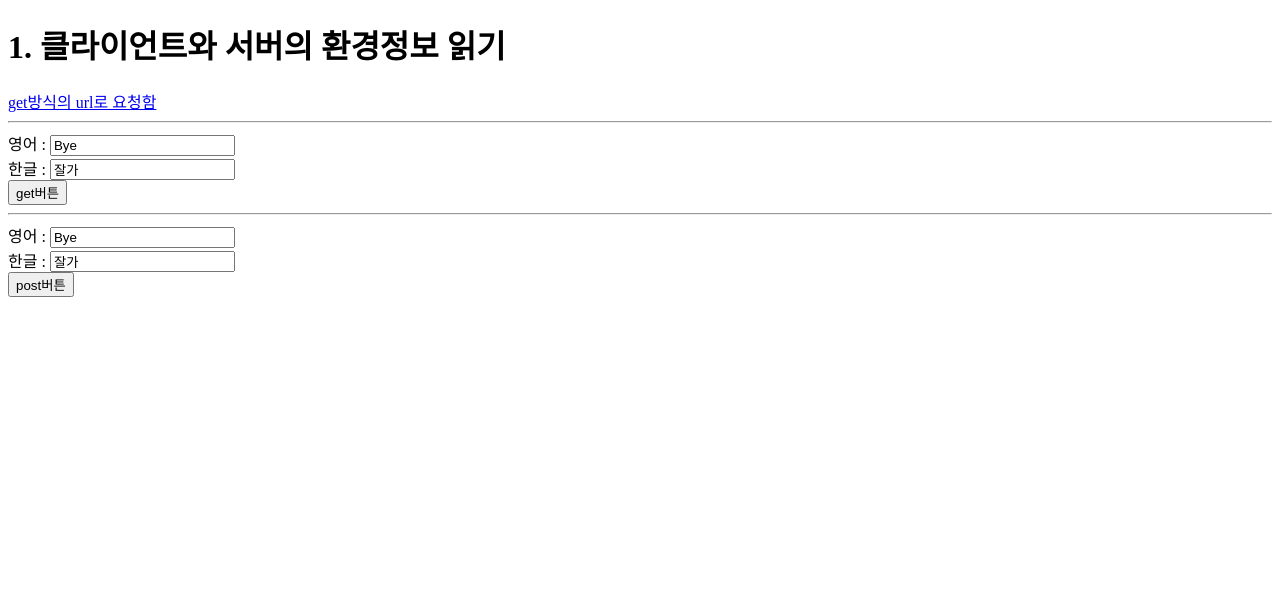
Repository: AHJ2616/Java
Page: http://localhost/board-jsp/02ImplicitObject/RequestMain.jsp
An editor plug-in stored every save of this project. The page is shown before and after the next save, followed by the edit.
The browser window is 1280 px wide. The pictures show the whole page.
The page is served by Tomcat 9.

Above is the page before, as saved 2024-07-22 07:01:26.

After the next save:
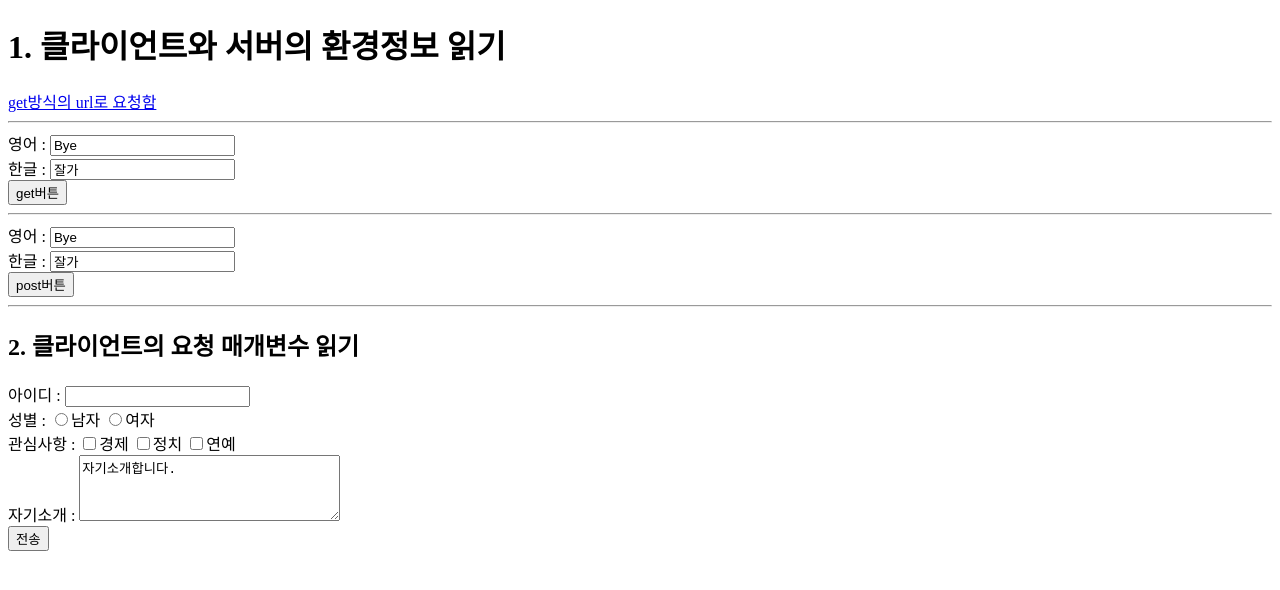
Saved 27 min 55 s later.
--- a/jsp_workspace/board-jsp/src/main/webapp/02ImplicitObject/RequestMain.jsp
+++ b/jsp_workspace/board-jsp/src/main/webapp/02ImplicitObject/RequestMain.jsp
@@ -22,6 +22,31 @@
 	한글 : <input type="text" name="han" value="잘가" /><br>
 			<input type="submit" value="post버튼" />
 	</form>
+	<hr>
+	<h2> 2. 클라이언트의 요청 매개변수 읽기</h2>
+	<form method="post"  action="RequestParameter.jsp">
+	아이디 : <input type="text" name="id" value="" /> <br>
+
+	성별 : <!-- radio : 단일선택용 -->
+		<input type="radio" name="sex" value="man" />남자
+		<input type="radio" name="sex" value="woman" />여자 <br>
+
+	관심사항 : <!--checkbox : 복수선택용  -->
+		<input type="checkbox" name="favo" value="eco" />경제
+		<input type="checkbox" name="favo" value="pol" />정치
+		<input type="checkbox" name="favo" value="ent" />연예 <br>
+
+	자기소개 : <!-- textarea : 설명창  -->
+		<textarea rows="4" cols="30" name="intro">자기소개합니다.</textarea> <br>
+
+		<input type="submit" value="전송" />
+		<!-- <input type="submit"> 전송 </input> -->
+
+	</form>
+
+
+
+
 
 
 </body>
